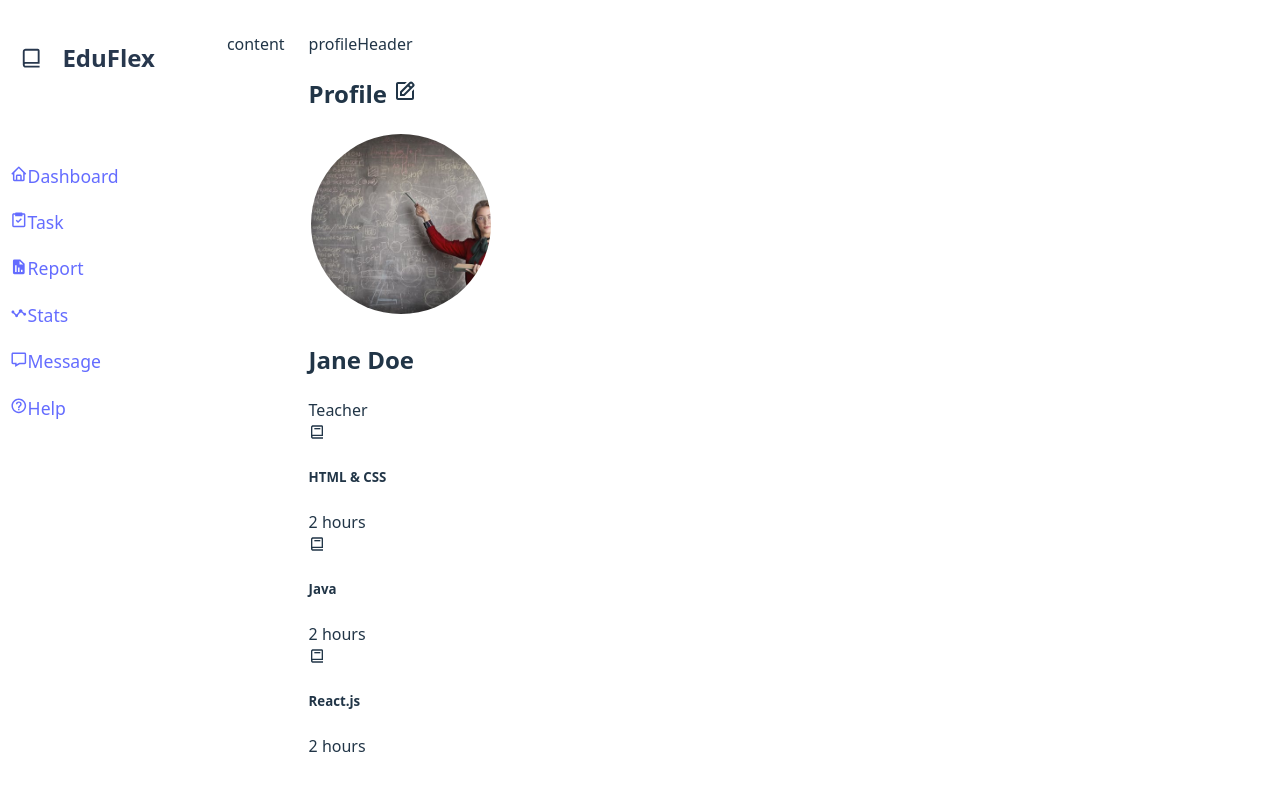
Repository: gogg23/react-dash
Page: /
These files come from the project's save history. The page is drawn as it stood at one moment and after the next save; the edit follows.
The browser window is 1280 px wide. The pictures show the whole page.
The project was rebuilt for these pictures with package versions that can differ from the ones it lists, and the page was loaded fresh each time. Also part of the build but not shown: vite.config.js.

Above is the page before, as saved 2025-04-09 18:13:37.

### index.html
<!DOCTYPE html>
<html lang="en">
  <head>
    <meta charset="UTF-8" />
    <link rel="icon" type="image/svg+xml" href="/vite.svg" />
    <meta name="viewport" content="width=device-width, initial-scale=1.0" />
    <title>React Dashboard</title>
  </head>
  <body>
    <div id="root"></div>
    <script type="module" src="/src/main.jsx"></script>
  </body>
</html>

### src/App.jsx
import React from 'react';
import Sidebar from './components/Sidebar';
import Content from './components/Content';
import Profile from './components/Profile';
import './App.css';

const App = () => {
  return (
    <div className='dashboard'>
      <Sidebar />
      <div className='dashboard--content'>
        <>
          <Content />
          <Profile />
        </>
      </div>
    </div>
  );
};

export default App;

### src/components/Sidebar.jsx
import React from 'react';
import {
  BiHome,
  BiBookAlt,
  BiTask,
  BiMessage,
  BiSolidReport,
  BiStats,
  BiHelpCircle,
  BiTaskX,
} from 'react-icons/bi';
import '../styles/Sidebar.css';
const Sidebar = () => {
  return (
    <div className='menu'>
      <div className='logo'>
        <BiBookAlt className='logo-icon' />
        <h2>EduFlex</h2>
      </div>

      <div className='menu--list'>
        <a href='' className='item'>
          <BiHome />
          Dashboard
        </a>
        <a href='' className='item'>
          <BiTask />
          Task
        </a>
        <a href='' className='item'>
          <BiSolidReport />
          Report
        </a>
        <a href='' className='item'>
          <BiStats />
          Stats
        </a>
        <a href='' className='item'>
          <BiMessage />
          Message
        </a>
        <a href='' className='item'>
          <BiHelpCircle />
          Help
        </a>
      </div>
    </div>
  );
};

export default Sidebar;

### src/components/Content.jsx
import React from 'react';

function content() {
  return <div>content</div>;
}

export default content;

### src/components/Profile.jsx
import React from 'react';
import { BiEdit, BiBook } from 'react-icons/bi';
import ProfileHeader from './ProfileHeader';
import '../styles/profileHeader.css';
import Image1 from '../assets/images/Image1.jpg';

const courses = [
  {
    title: 'HTML & CSS',
    duration: '2 hours',
    icon: <BiBook />,
  },
  {
    title: 'Java',
    duration: '2 hours',
    icon: <BiBook />,
  },
  {
    title: 'React.js',
    duration: '2 hours',
    icon: <BiBook />,
  },
];

const Profile = () => {
  return (
    <div className='profile'>
      <ProfileHeader />
      <div className='user--detail'>
        <h2 className='profile--header'>
          Profile <BiEdit />
        </h2>
        <img
          src={Image1}
          alt='Profile'
          style={{
            width: '180px', // ↓ changed from 400px
            height: '180px', // ↓ changed from 400px
            borderRadius: '50%',
            border: '2px solid #fff',
            objectFit: 'cover',
          }}
        />
        <h2 className='user--name'>Jane Doe</h2>
        <span className='profession'>Teacher</span>
      </div>
      <div className='user-courses'>
        {courses.map((course, index) => (
          <div className='course' key={index}>
            <div className='course-detail'>
              <div className='course-cover'>{course.icon}</div>
              <div className='course-name'>
                <h5 className='title'>{course.title}</h5>
                <span className='duration'>{course.duration}</span>
              </div>
            </div>
            <div className='action'></div>
          </div>
        ))}
      </div>
    </div>
  );
};

export default Profile;

### src/App.css
.dashboard {
  display: flex;
  gap: 20px;
}

.dashboard--content {
  background: #fff;
  flex: 1;
  border-radius: 20px;
  padding: 2rem;
  display: flex;
  gap: 1.5rem;
  justify-content: space-between;
}

### src/styles/sidebar.css
.sidebar {
  background-color: #dde6ed; /* Adjust to match your desired grey */
  width: 250px; /* Ensure proper width */
  height: 100vh; /* Full height */
  padding: 20px;
}

/* Menu container */
.menu {
  display: flex;
  flex-direction: column;
  gap: 2.3rem;
  height: 94vh;
}

/* Logo styles */
.logo {
  text-align: center;
  padding: 20px;
  color: #27374d;
  align-items: center;
  display: flex;
  gap: 20px;
}

.logo-icon {
  font-size: 1.4rem;
}

/* Menu items */
.menu--list {
  display: flex;
  flex-direction: column;
  gap: 20px;
  font-size: 1.1rem;
  text-decoration: none;
  font-weight: 600;
  padding: 10px;
  border-radius: 10px;
  transition: 0.3s ease-in-out;
  color: #27374d;
}

/* Menu item hover effect */
.menu--list .item:hover,
.active {
  background-color: #27374d;
  color: #dde6ed !important;
}

### src/components/ProfileHeader.jsx
import React from 'react';

const profileHeader = () => {
  return <div>profileHeader</div>;
};

export default profileHeader;

### src/styles/profile.css
.profile {
  flex: 1;
}

.profile--header {
  display: flex;
  justify-content: space-between;
  align-items: center;
}

.edit {
  background: #dde6ed;
  padding: 12px;
  border-radius: 10px;
  color: #939393;
  display: flex;
  justify-content: center;
}

.edit .icon {
  font-size: 20px;
  transition: 0.5s ease-in-out;
}

.user--profile {
  height: 85%;
  margin-top: 2rem;
  background: #dde6ed;
  border-radius: 10px;
  display: flex;
  flex-direction: column;
}

.user--detail {
  width: 100%;
  height: 180px;
  display: flex;
  align-items: center;
  flex-direction: column;
  justify-content: center;
}

.user--detail img {
  background: #fff;
  border-radius: 50;
  width: 150px;
  margin-bottom: 10px;
}

.user--profile .username {
  background: fff;
  flex: 1;
  border-radius: 10px;
  padding: 10px;
  display: flex;
  flex-direction: column;
  gap: 10px;
}

.user--courses {
  background: #fff;
  flex: 1;
  border-radius: 10px;
  padding: 10px;
  display: flex;
  flex-direction: column;
  gap: 10px;
  border: 1px solid #ccc;
}

.course {
  background: #dde6ed;
  padding: 10px;
  display: flex;
  align-items: center;
  justify-content: space-between;
}

.course-detail {
  display: flex;
  align-items: center;
  gap: 20px;
}

.course-cover {
  background: #fff;
  width: 40px;
  height: 40px;
  display: flex;
  align-items: center;
  justify-content: center;
  border-radius: 50%;
  font-size: 20px;
}

.course-duration {
  font-size: 12px;
}
.course-action {
  font-weight: 900;
  font-size: 1.2rem;
}
.profession {
  color: 969393;
}

Loaded but not shown: src/main.jsx (common file); src/index.css (common file); src/styles/profileHeader.css (no stored copy; drawn as an empty file)

After the next save:
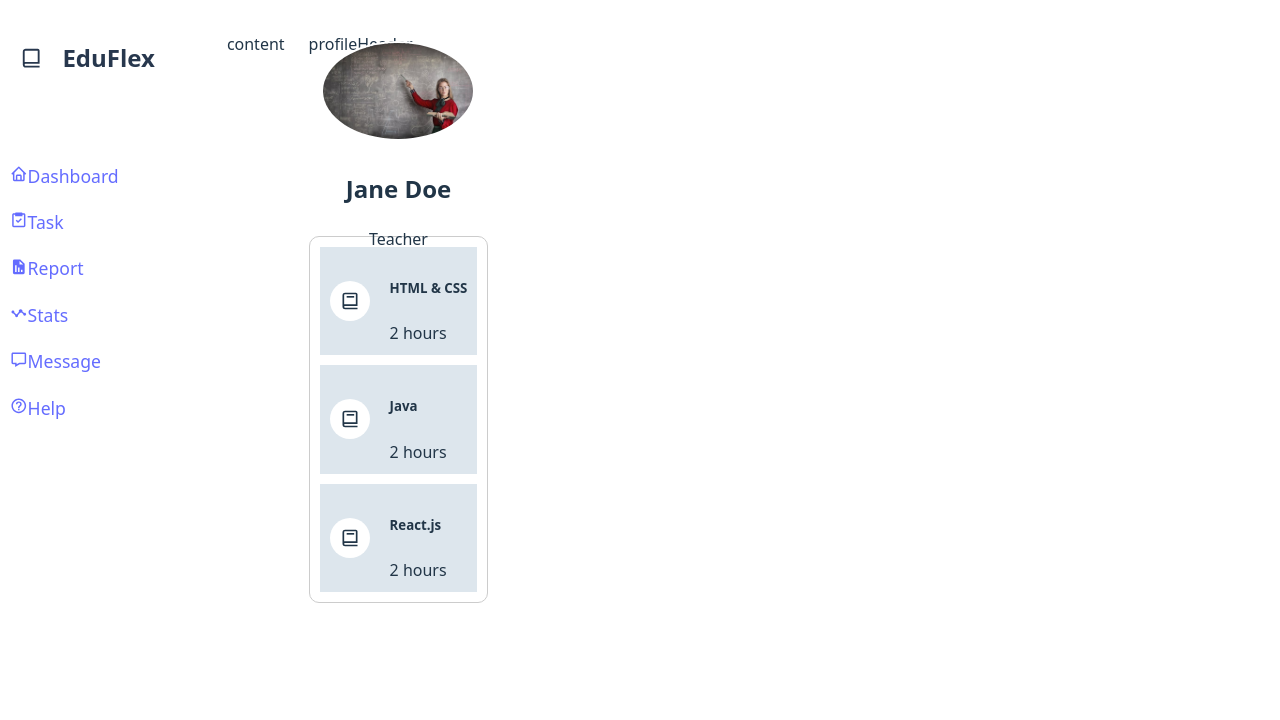
Saved 64 s later.
--- a/src/components/Profile.jsx
+++ b/src/components/Profile.jsx
@@ -1,7 +1,7 @@
 import React from 'react';
 import { BiEdit, BiBook } from 'react-icons/bi';
 import ProfileHeader from './ProfileHeader';
-import '../styles/profileHeader.css';
+import '../styles/Profile.css';
 import Image1 from '../assets/images/Image1.jpg';
 
 const courses = [
@@ -27,15 +27,12 @@ const Profile = () => {
     <div className='profile'>
       <ProfileHeader />
       <div className='user--detail'>
-        <h2 className='profile--header'>
-          Profile <BiEdit />
-        </h2>
         <img
           src={Image1}
           alt='Profile'
           style={{
-            width: '180px', // ↓ changed from 400px
-            height: '180px', // ↓ changed from 400px
+            width: '150px',
+            height: '150px',
             borderRadius: '50%',
             border: '2px solid #fff',
             objectFit: 'cover',
@@ -44,7 +41,10 @@ const Profile = () => {
         <h2 className='user--name'>Jane Doe</h2>
         <span className='profession'>Teacher</span>
       </div>
-      <div className='user-courses'>
+
+      <div className='user--courses'>
+        {' '}
+        {/* ✅ FIXED class name */}
         {courses.map((course, index) => (
           <div className='course' key={index}>
             <div className='course-detail'>
